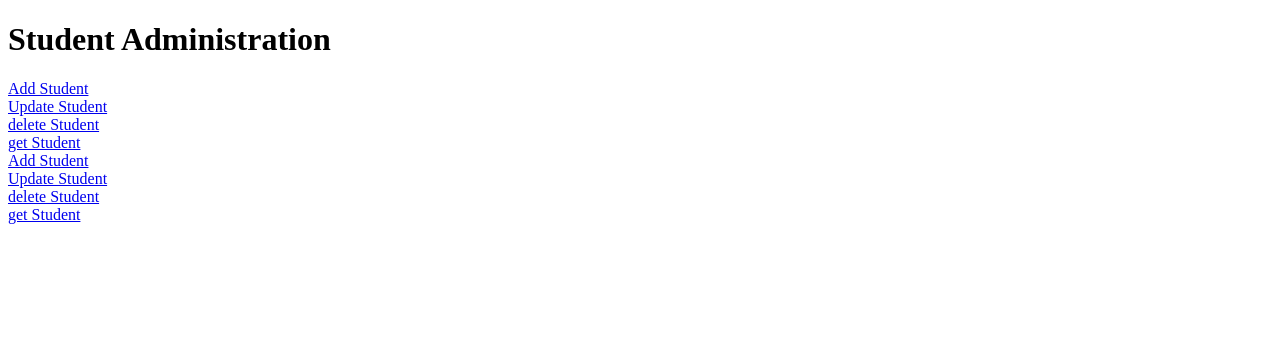
Repository: Anandnand/Web-Application
Page: http://localhost/index
The author's editor kept a copy of each file at every save. The page is drawn from the files as they stood at one save, then again after the next save.
The browser window is 1280 px wide. The pictures show the whole page.
The page is this project's Thymeleaf template; nobody is signed in. The template is opened directly, without the code that normally fills it, so the values that code supplies are empty.

Above is the page before, as saved 2024-03-25 16:33:52.

After the next save:
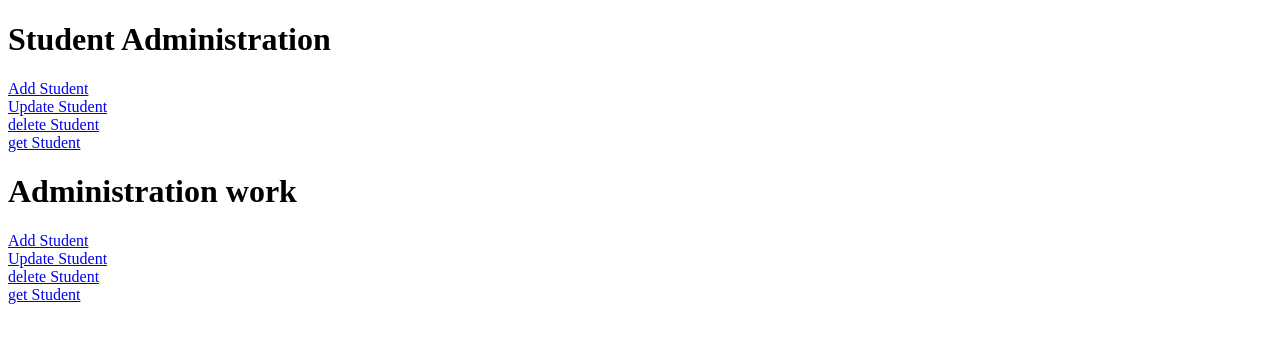
Saved 36 s later.
--- a/Login/src/main/resources/templates/index.html
+++ b/Login/src/main/resources/templates/index.html
@@ -17,6 +17,9 @@
 		</nav>
 	</div>
 
+<div>
+<h1>Administration work</h1>
+</div>
 	<div id="box">
 		<a href="/api/nav/addStudent" target="_blank">Add Student</a> <br>
 		<a href="/api/nav/updateStudent" target="_blank">Update Student</a> <br>
